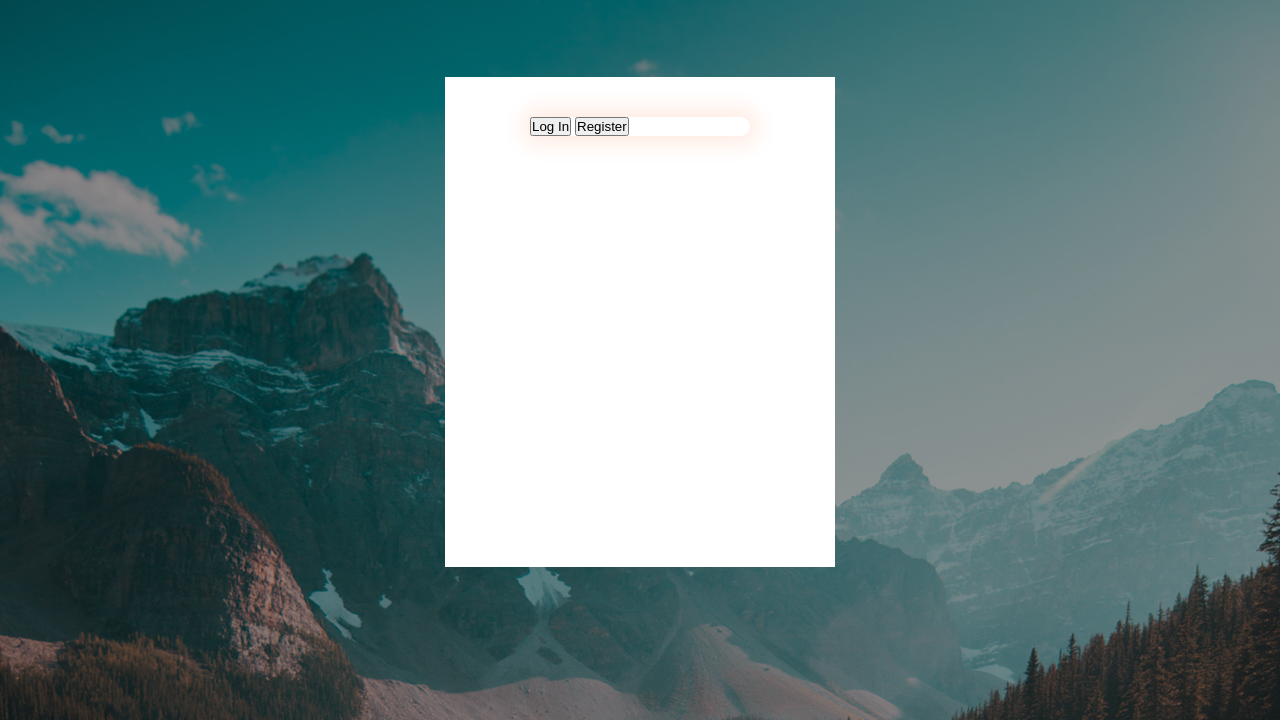
Repository: dung8466/Sign_in_page
Page: index.html
The author's editor kept a copy of each file at every save. The page is drawn from the files as they stood at one save, then again after the next save.
The browser window is 1280 px wide. The pictures show the whole page.

Above is the page before, as saved 2021-10-06 22:20:41.

### index.html
<!DOCTYPE html>
<!DOCTYPE html>
<html lang="en">
<head>
    <meta charset="UTF-8">
    <meta http-equiv="X-UA-Compatible" content="IE=edge">
    <meta name="viewport" content="width=device-width, initial-scale=1.0">
    <title>Sign In</title>
    <link rel="stylesheet" href="style.css">
</head>
<body>
    <div class="main-pg">
        <div class="sign-in-form">
            <div class="button-box">
                <button type="button" class="toggle-btn">Log In</button>
                <button type="button" class="toggle-btn">Register</button>
            </div>
        </div>
    </div>
</body>
</html>

### style.css
*{
    margin: 0;
    padding: 0;
}

.main-pg{
    height: 100%;
    width: 100%;
    background-image: linear-gradient(rgba(0,0,0,0.4),rgba(0,0,0,0.4)),url("src/banner.jpg");
    background-position: center;
    background-size: cover;
    position: absolute;
}

.sign-in-form{
    width: 380px;
    height: 480px;
    position: relative;
    margin: 6% auto;
    background: #fff;
    padding: 5px;
}

.button-box{
    width: 220px;
    margin: 35px auto;
    position: relative;
    box-shadow: 0 0 20px 9px #ff61241f;
    border-radius: 30px;
}

After the next save:
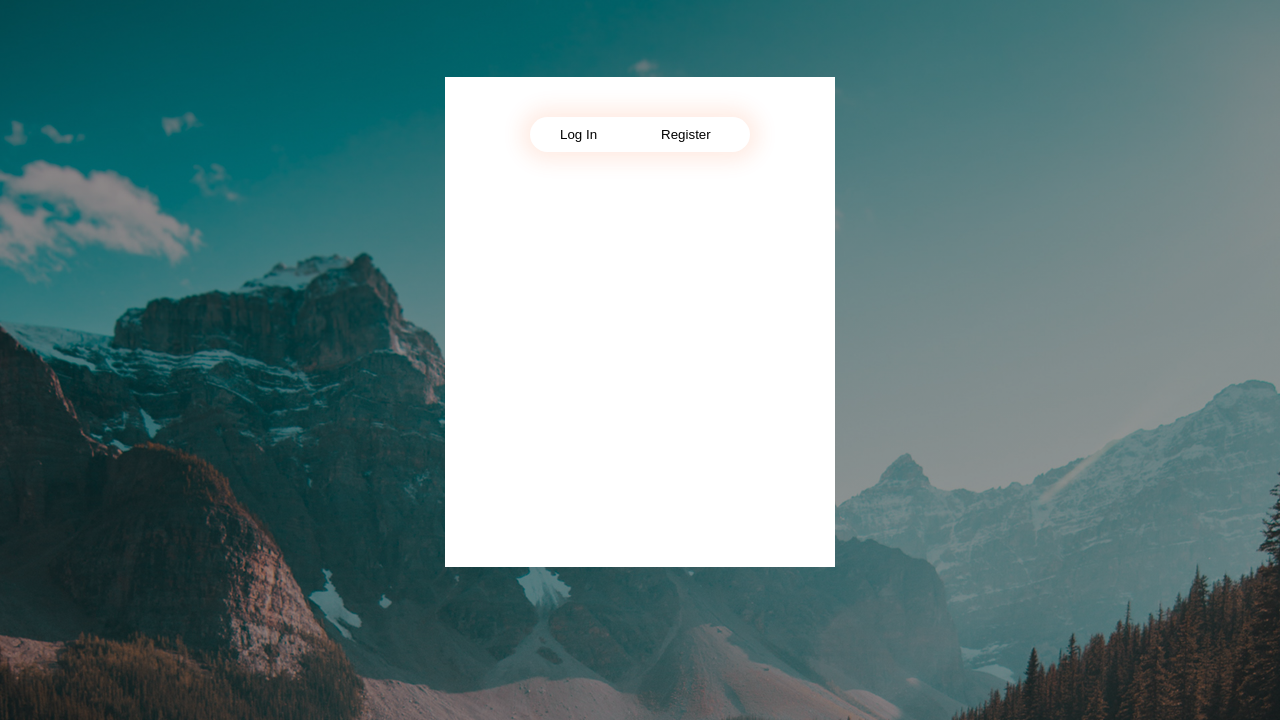
Saved 81 s later.
--- a/style.css
+++ b/style.css
@@ -28,3 +28,12 @@
     box-shadow: 0 0 20px 9px #ff61241f;
     border-radius: 30px;
 }
+
+.toggle-btn{
+    padding: 10px 30px;
+    cursor: pointer;
+    background: transparent;
+    border: 0;
+    outline: none;
+    position: relative;
+}
